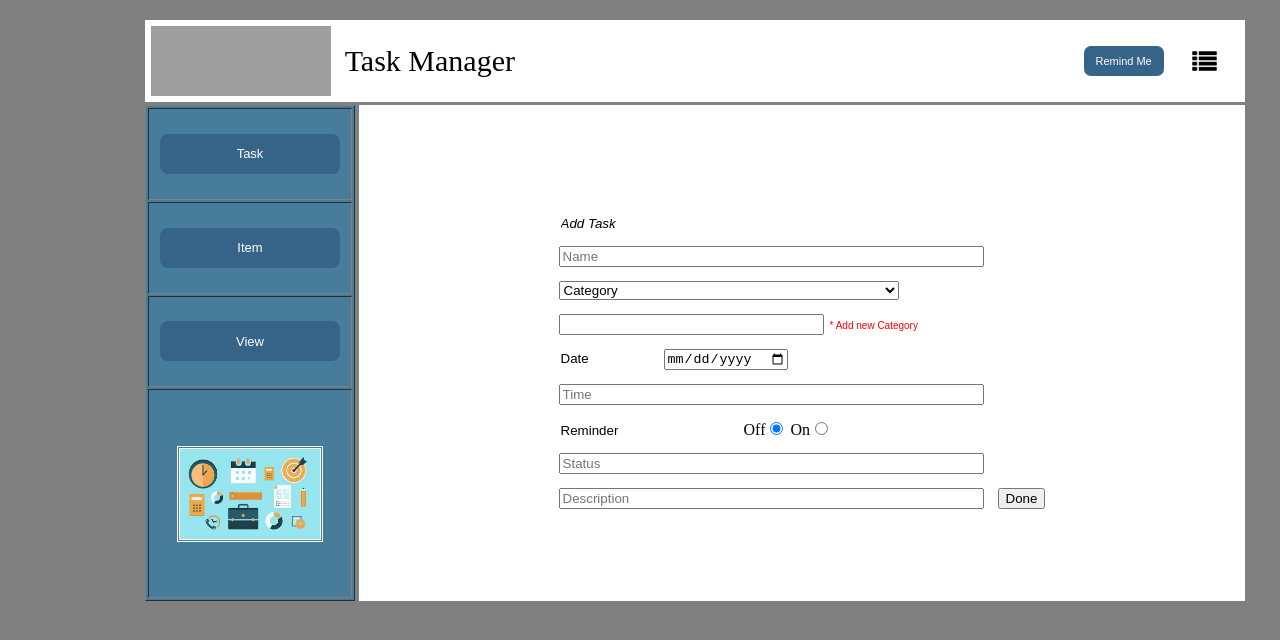
Repository: SnehaSalvi/TaskManagerProject
Page: http://localhost/TaskManagerChecklist/AddTask.jsp
These files come from the project's save history. The page is drawn as it stood at one moment and after the next save; the edit follows.
The browser window is 1280 px wide. The pictures show the whole page.
Pictures or frames that could not be fetched are drawn as grey boxes. The page is served by Tomcat 9.

Above is the page before, as saved 2016-10-14 09:02:38.

After the next save:
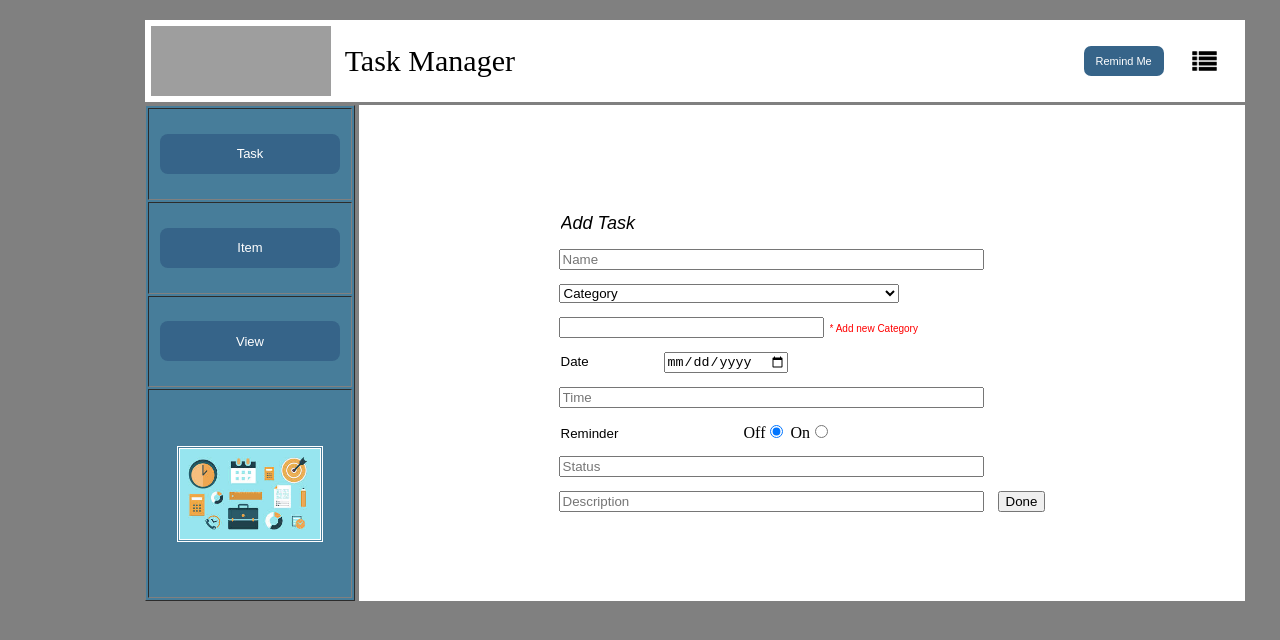
Saved 16 s later.
--- a/TaskManagerChecklist/WebContent/home.css
+++ b/TaskManagerChecklist/WebContent/home.css
@@ -154,7 +154,7 @@ tr
 {
 
 	font-style:italic;
-	font-st
+
 	font-size: 18px;
 	border: none;
 
